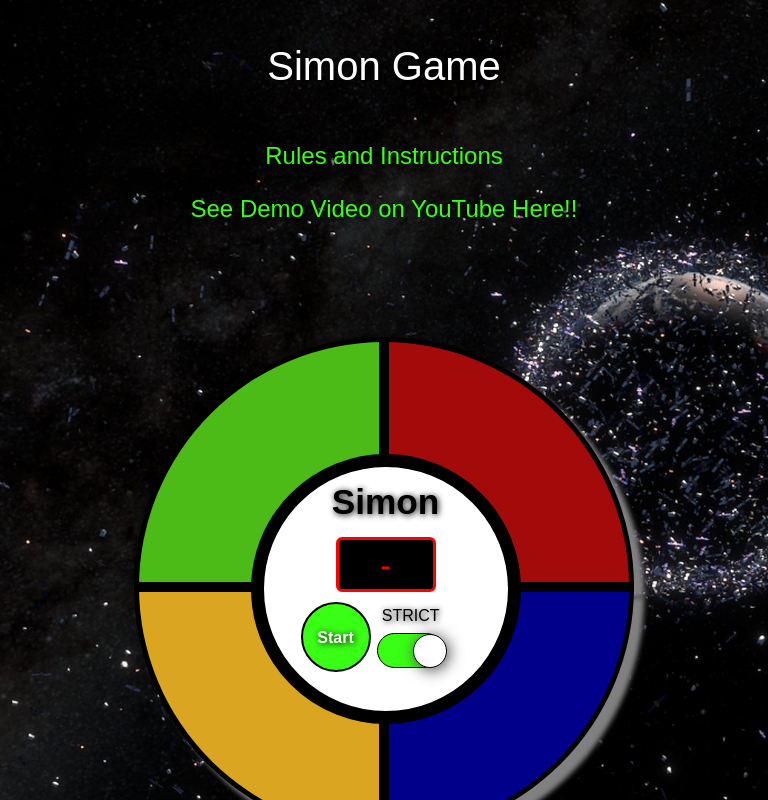
Repository: cgaynor91/Simon-Memory-Game
Page: index.html
The author's editor kept a record of every edit. The page is drawn from the files as they stood at one moment, then again after the next edit.
The browser window is 768 px wide. The pictures show the whole page.
An inner scrolling area shows only its first screen. Some web fonts or font styles are not loaded; a fallback is used.

Above is the page before.

After the next edit:
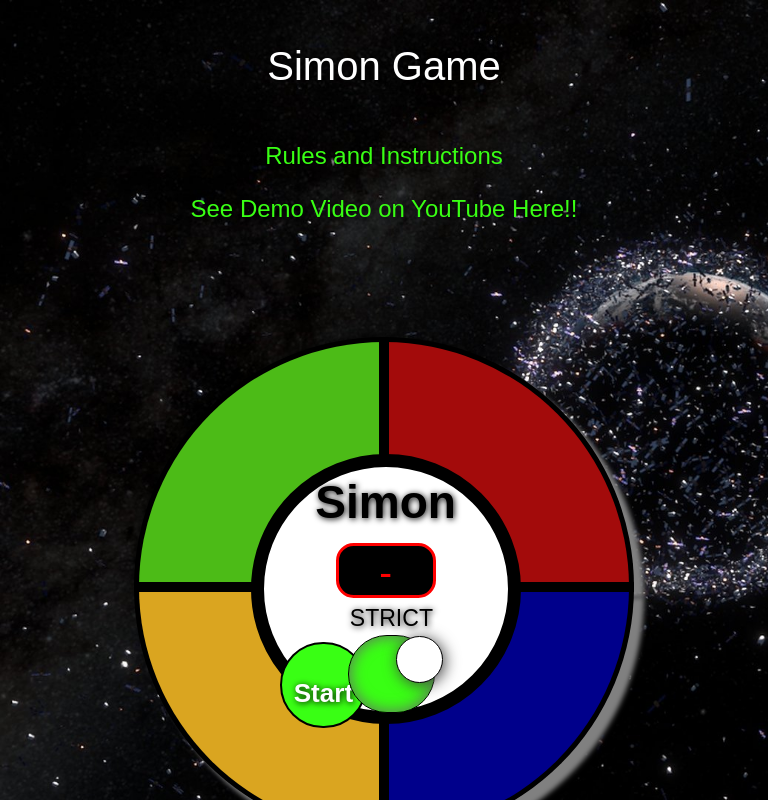
The edit:
--- a/assets/css/style.css
+++ b/assets/css/style.css
@@ -350,7 +350,7 @@
 }
 
 
-/*@media only screen and (max-width : 992px) {
+@media only screen and (max-width : 992px) {
   .label {
     font-size: 6vw;
   }
